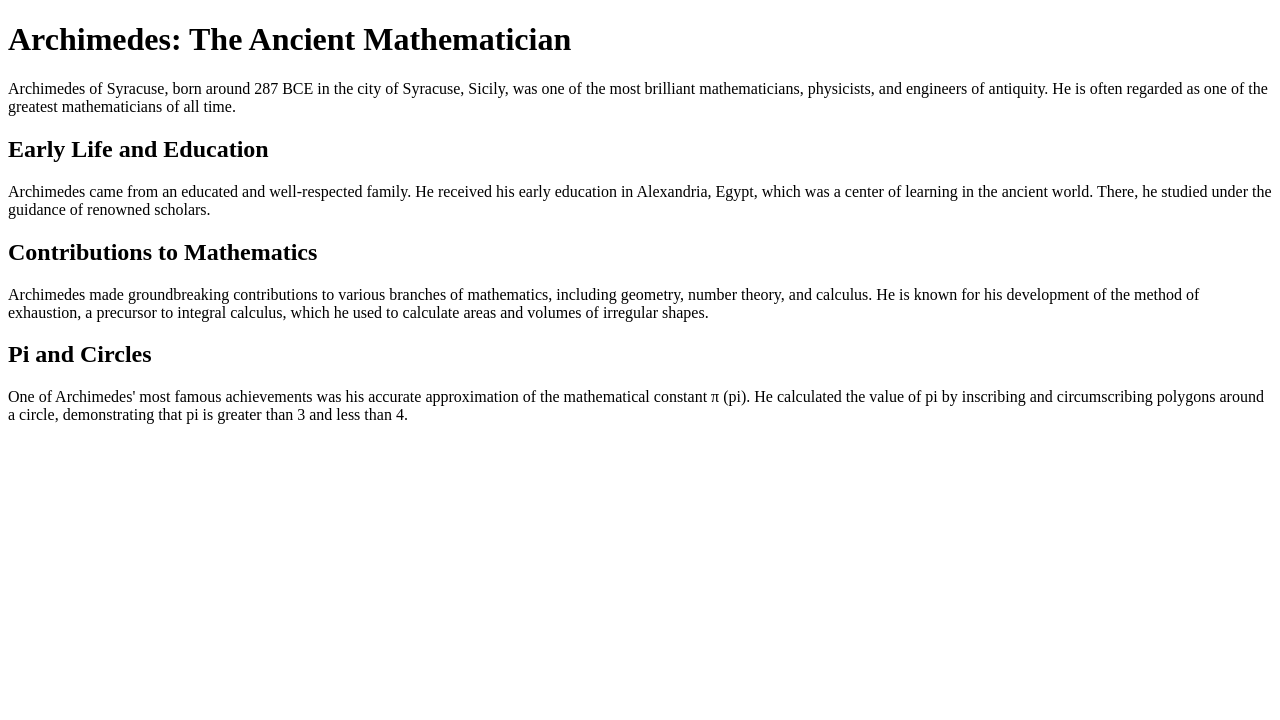
Repository: tomahawk2811/europe-website
Page: pages/archimedes.html
An editor plug-in stored every save of this project. The page is shown before and after the next save, followed by the edit.
The browser window is 1280 px wide. The pictures show the whole page.

Above is the page before, as saved 2023-09-07 16:55:20.

### pages/archimedes.html
<!DOCTYPE html>
<html>
<head>
    <title>Archimedes</title>
</head>
<body>
    <h1>Archimedes: The Ancient Mathematician</h1>

    <p>Archimedes of Syracuse, born around 287 BCE in the city of Syracuse, Sicily, was one of the most brilliant mathematicians, physicists, and engineers of antiquity. He is often regarded as one of the greatest mathematicians of all time.</p>

    <h2>Early Life and Education</h2>

    <p>Archimedes came from an educated and well-respected family. He received his early education in Alexandria, Egypt, which was a center of learning in the ancient world. There, he studied under the guidance of renowned scholars.</p>

    <h2>Contributions to Mathematics</h2>

    <p>Archimedes made groundbreaking contributions to various branches of mathematics, including geometry, number theory, and calculus. He is known for his development of the method of exhaustion, a precursor to integral calculus, which he used to calculate areas and volumes of irregular shapes.</p>

    <h2>Pi and Circles</h2>

    <p>One of Archimedes' most famous achievements was his accurate approximation of the mathematical constant π (pi). He calculated the value of pi by inscribing and circumscribing polygons around a circle, demonstrating that pi is greater than 3 and less than 4.</p>

    <!-- Add more paragraphs as needed -->

</body>
</html>

After the next save:
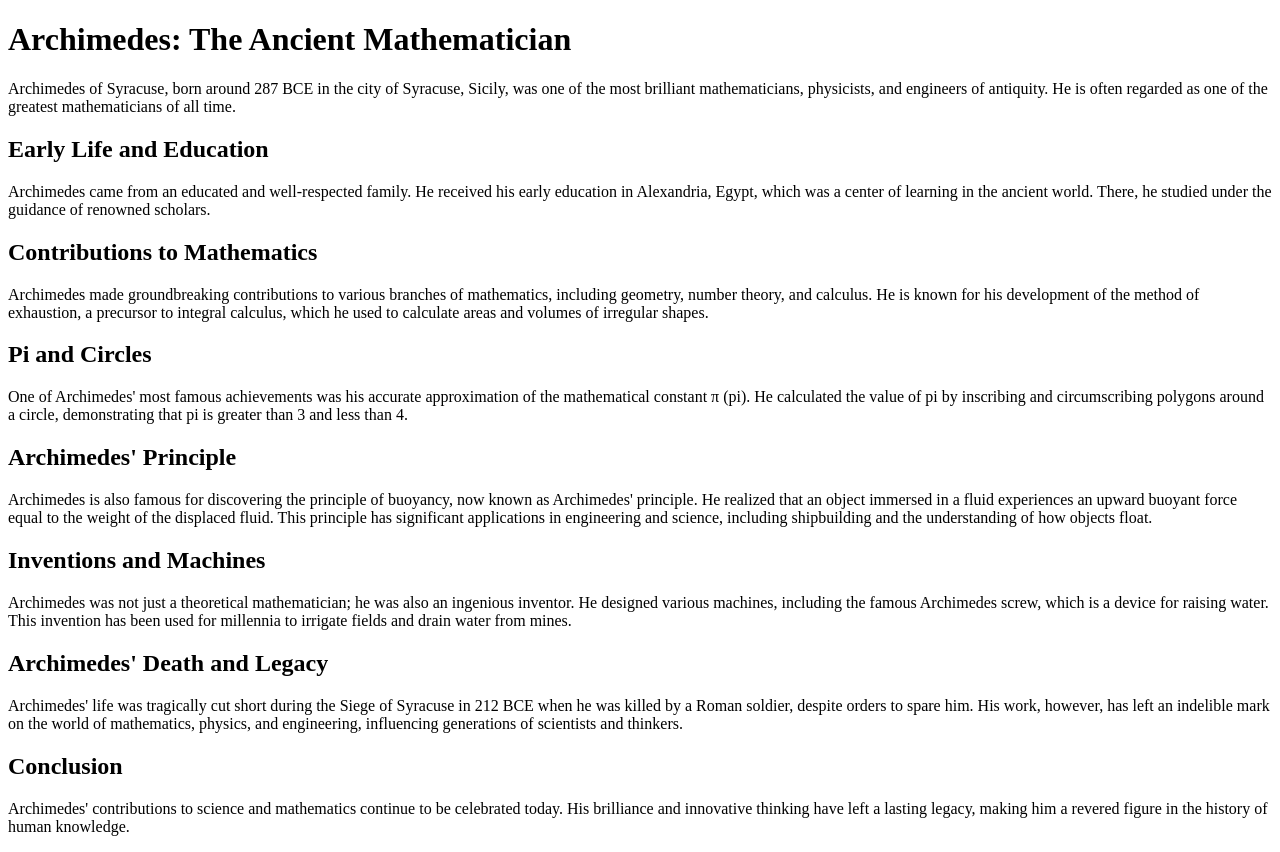
Saved 4 min 16 s later.
--- a/pages/archimedes.html
+++ b/pages/archimedes.html
@@ -20,7 +20,23 @@
 
     <p>One of Archimedes' most famous achievements was his accurate approximation of the mathematical constant π (pi). He calculated the value of pi by inscribing and circumscribing polygons around a circle, demonstrating that pi is greater than 3 and less than 4.</p>
 
-    <!-- Add more paragraphs as needed -->
+    <h2>Archimedes' Principle</h2>
+
+    <p>Archimedes is also famous for discovering the principle of buoyancy, now known as Archimedes' principle. He realized that an object immersed in a fluid experiences an upward buoyant force equal to the weight of the displaced fluid. This principle has significant applications in engineering and science, including shipbuilding and the understanding of how objects float.</p>
+
+    <h2>Inventions and Machines</h2>
+
+    <p>Archimedes was not just a theoretical mathematician; he was also an ingenious inventor. He designed various machines, including the famous Archimedes screw, which is a device for raising water. This invention has been used for millennia to irrigate fields and drain water from mines.</p>
+
+    <h2>Archimedes' Death and Legacy</h2>
+
+    <p>Archimedes' life was tragically cut short during the Siege of Syracuse in 212 BCE when he was killed by a Roman soldier, despite orders to spare him. His work, however, has left an indelible mark on the world of mathematics, physics, and engineering, influencing generations of scientists and thinkers.</p>
+
+    <h2>Conclusion</h2>
+
+    <p>Archimedes' contributions to science and mathematics continue to be celebrated today. His brilliance and innovative thinking have left a lasting legacy, making him a revered figure in the history of human knowledge.</p>
+
+    <!-- You can continue to add more paragraphs or content as needed -->
 
 </body>
 </html>
